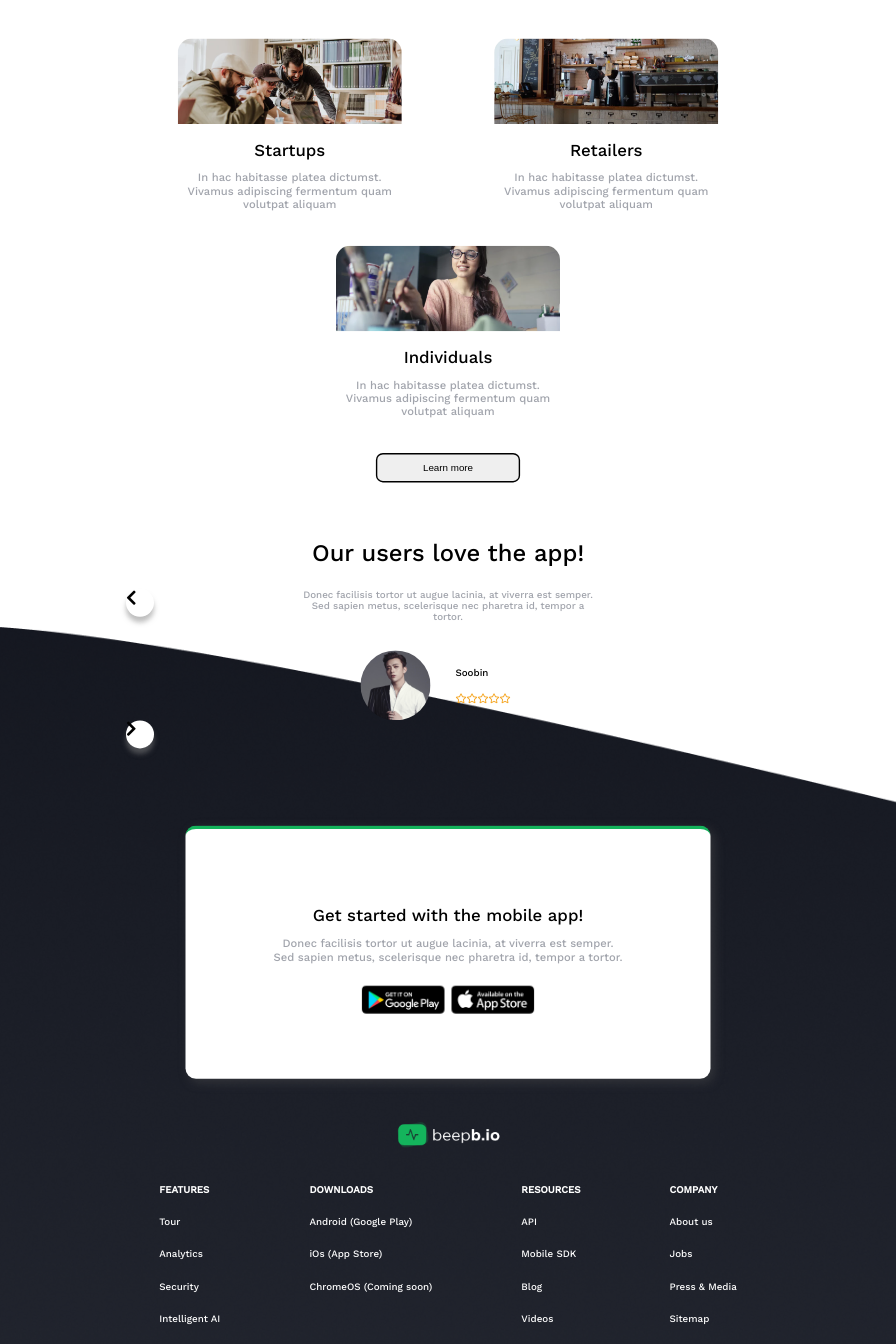
Repository: thinhnguyen347/thinhnguyen347.github.io
Page: cut-html-css/index.html
The author's editor kept a copy of each file at every save. The page is drawn from the files as they stood at one save, then again after a run of saves.
The browser window is 1280 px wide. The pictures show the part of the page from y = 3193 to 5113 px (the page is 5255 px tall), at 70% of full size.

Above is the page before, as saved 2021-11-10 17:03:04.

After the next 2 saves:
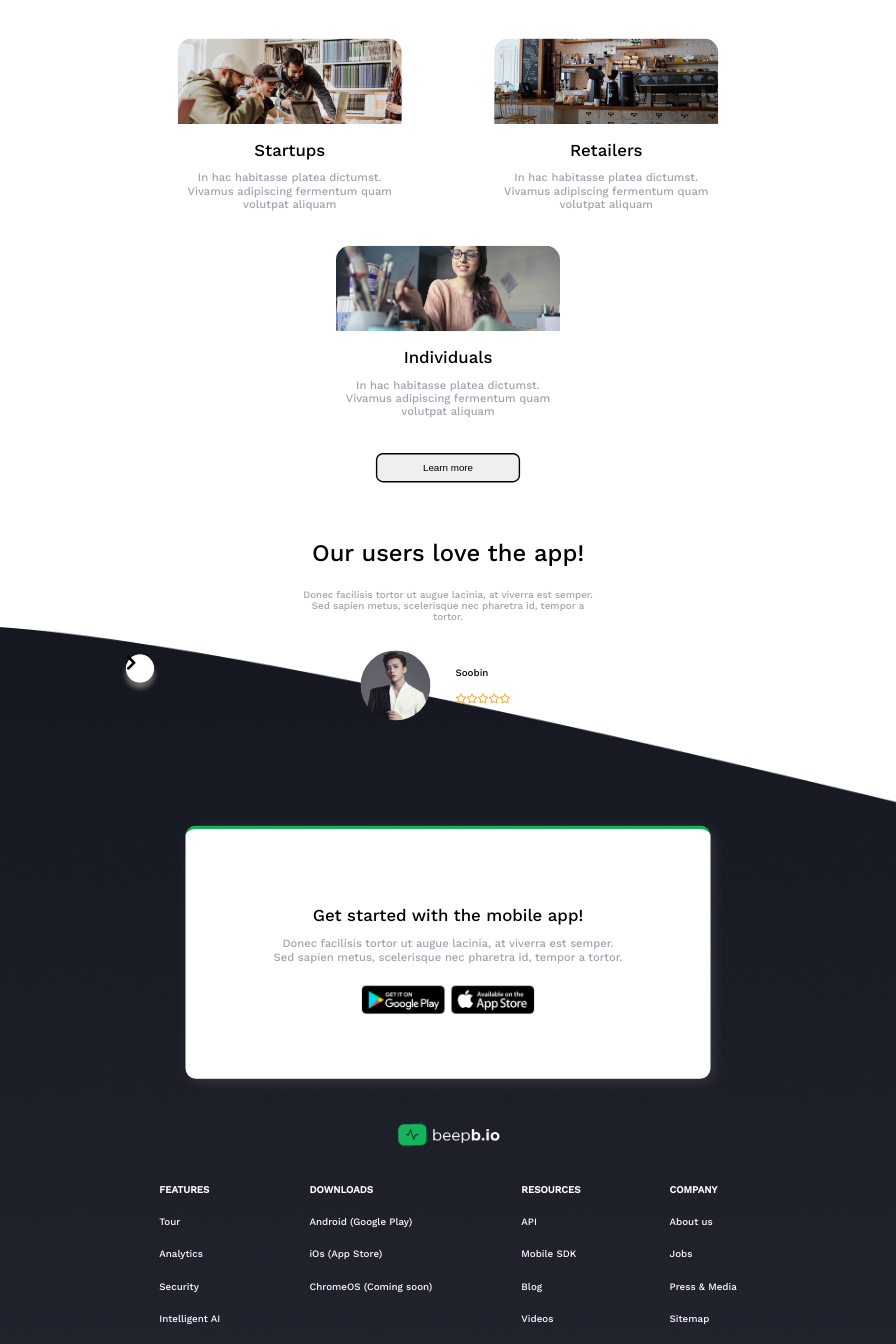
The 2 saves are shown as one change because they came seconds apart.
The last was saved 6 s later.
--- a/cut-html-css/css/style.css
+++ b/cut-html-css/css/style.css
@@ -521,7 +521,8 @@ img.oval-black {
   height: 40px;
   width: 40px;
   border-radius: 50%;
-  position: absolute
+  position: absolute;
+  top: 50%;
 
 }
 
